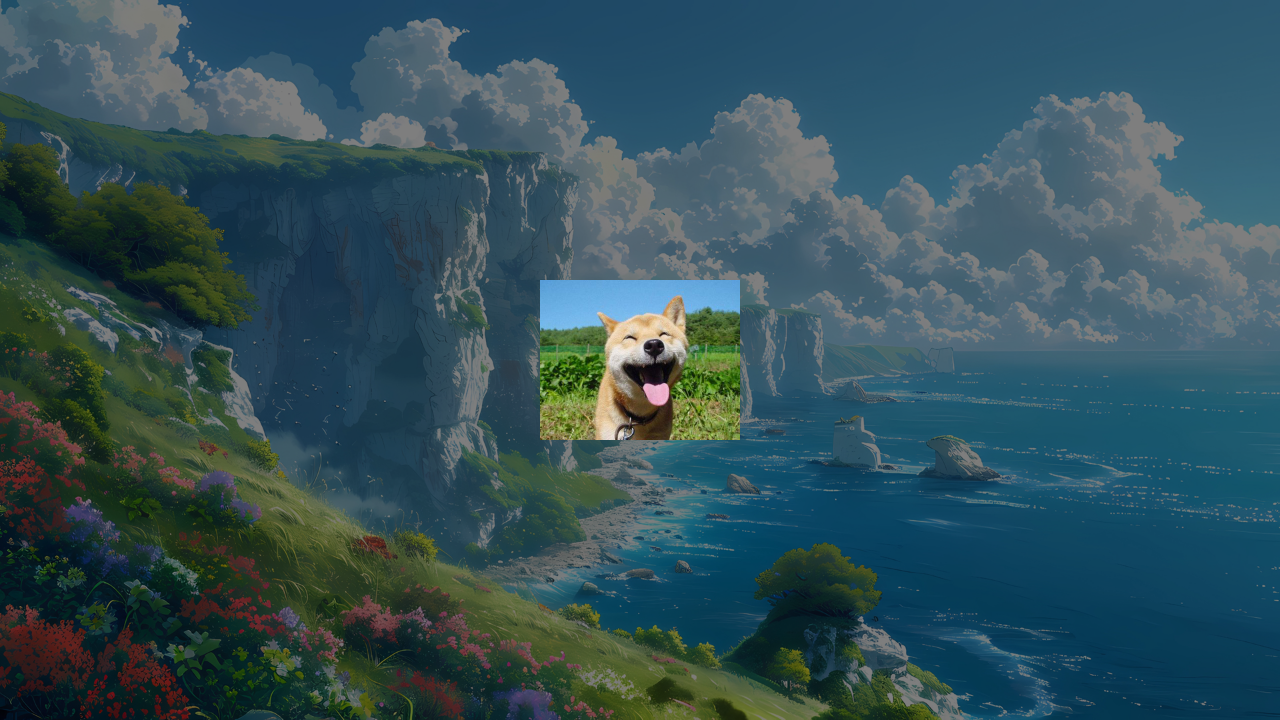
Repository: taoxiaofeng/hello-javascript
Page: master-class/position.html
The author's editor kept a copy of each file at every save. The page is drawn from the files as they stood at one save, then again after the next save.
The browser window is 1280 px wide. The pictures show the window.
A layer covers the whole window, so only the first screen is drawn.

Above is the page before, as saved 2024-07-29 21:24:08.

After the next save:
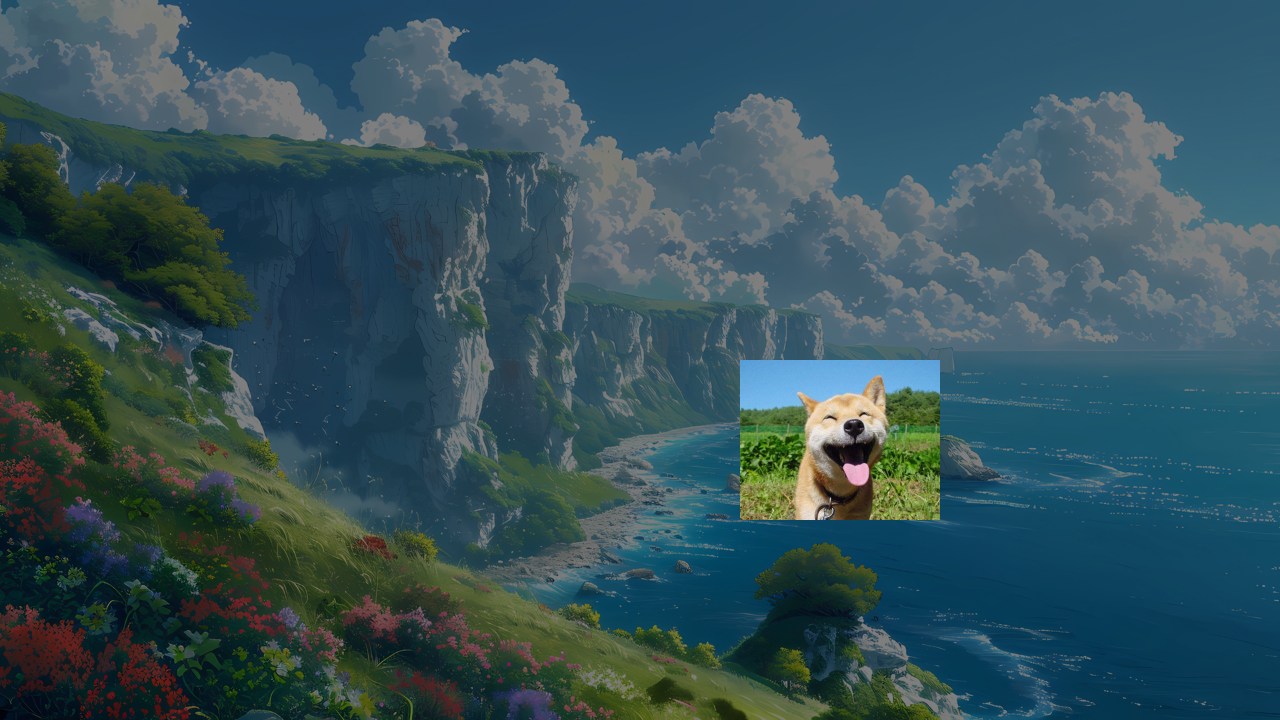
Saved 24 s later.
--- a/master-class/position.html
+++ b/master-class/position.html
@@ -34,7 +34,8 @@
       position: absolute;
       left: 50%;
       top: 50%;
-      transform: translate(-50%, -50%);
+      margin-left: 100px;
+      /* transform: translate(-50%, -50%); */
     }
 
 
